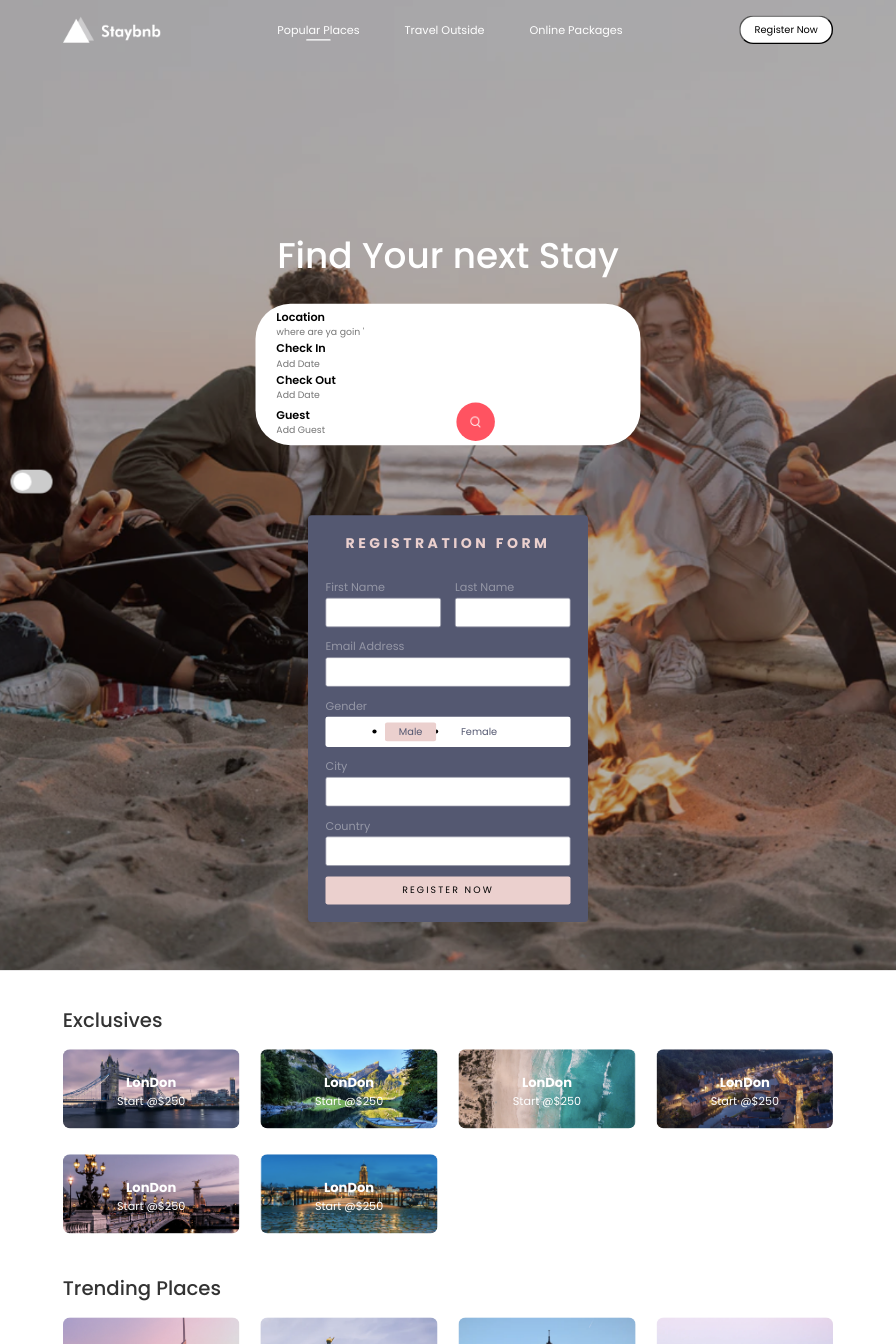
Repository: pinocoding/AirBnB
Page: index.html
The author's editor kept a copy of each file at every save. The page is drawn from the files as they stood at one save, then again after the next save.
The browser window is 1280 px wide. The pictures show the part of the page from y = 0 to 1920 px (the page is 3707 px tall before and 3041 px after), at 70% of full size.

Above is the page before, as saved 2022-02-13 12:00:54.

After the next save:
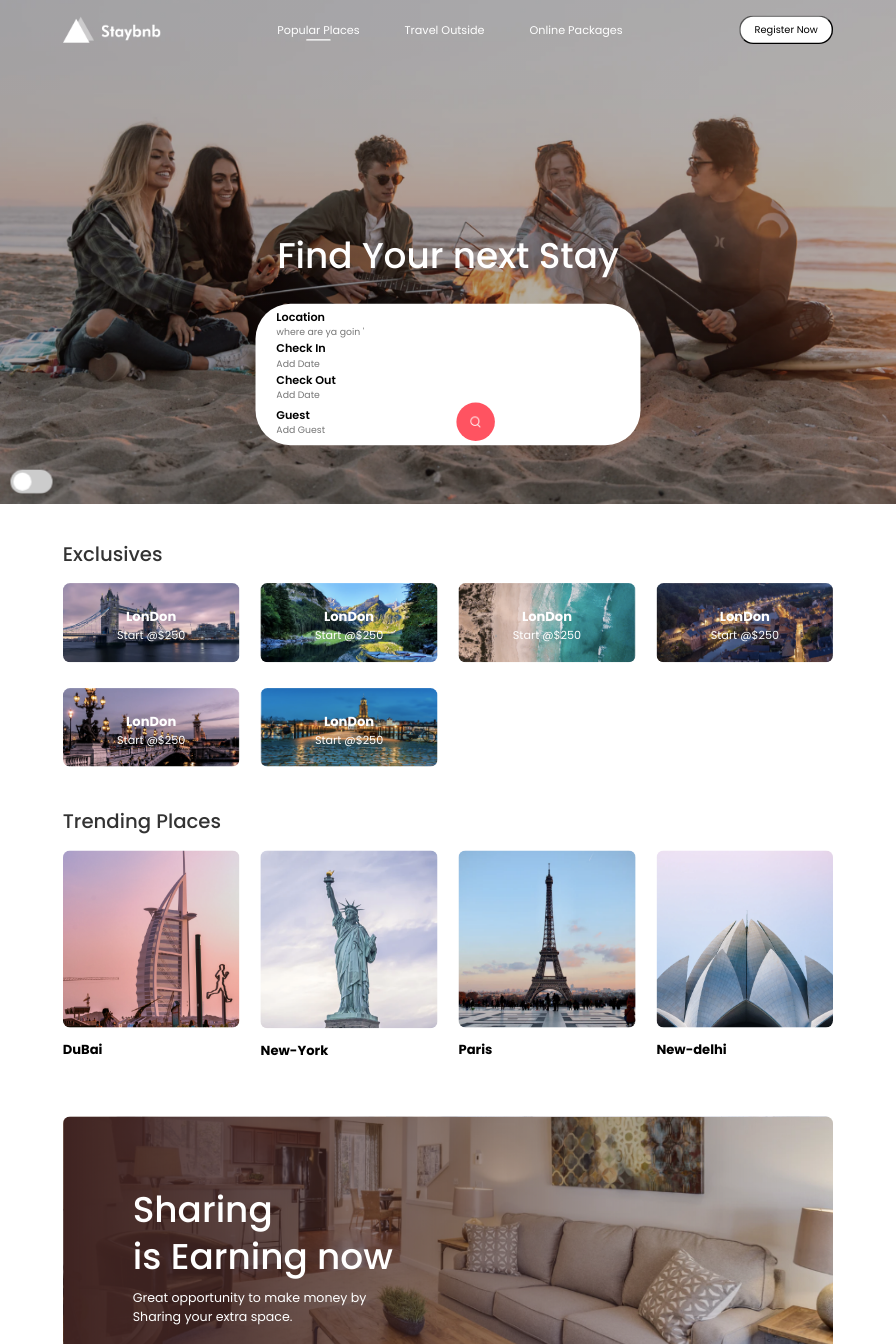
Saved 16 s later.
--- a/style.css
+++ b/style.css
@@ -304,7 +304,7 @@ nav {
     display: flex;
     justify-content: center;
     align-items: center;
-    /* display: none; */
+    display: none;
 }
 
 
